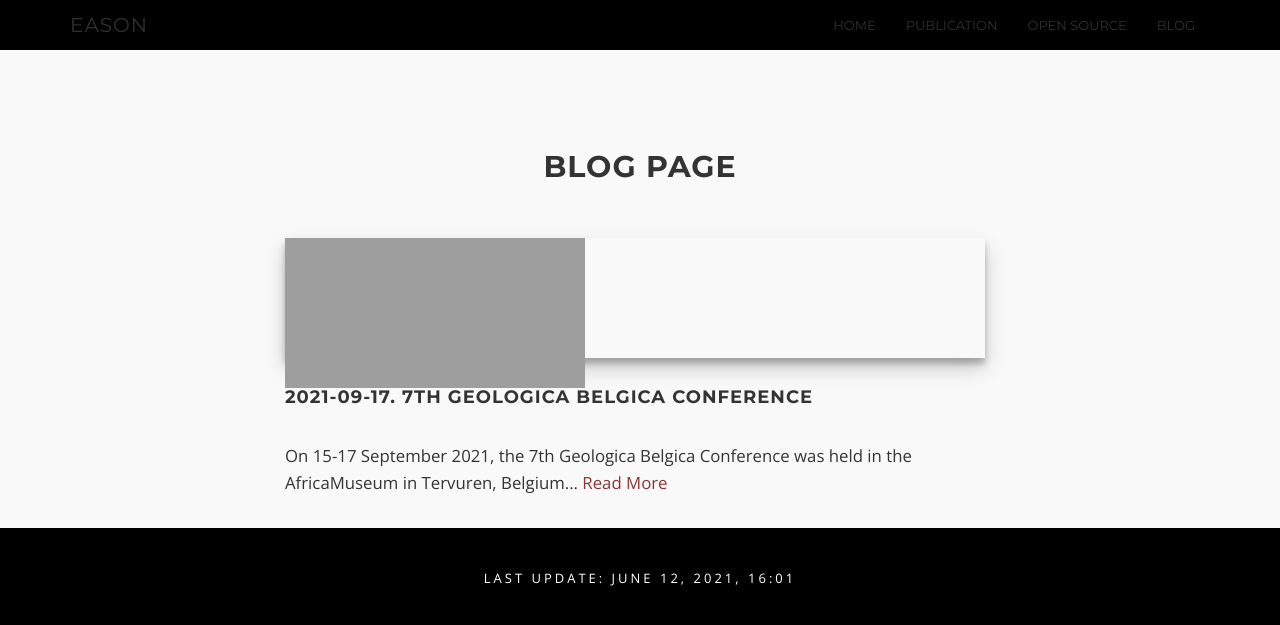
Repository: eazzzon/eazzzon.github.io
Page: blog.html
The author's editor kept a copy of each file at every save. The page is drawn from the files as they stood at one save, then again after the next save.
The browser window is 1280 px wide. The pictures show the whole page.
Pictures or frames that could not be fetched are drawn as grey boxes.

Above is the page before, as saved 2021-09-18 00:01:30.

### blog.html
<!DOCTYPE html>
<html lang="en">
<head>
<meta charset="utf-8">
<meta http-equiv="X-UA-Compatible" content="IE=edge">
<meta name="viewport" content="width=device-width, initial-scale=1">
<meta name="description" content="">
<meta name="author" content="">
<title>yishen.zhang</title>
<!-- Bootstrap Core CSS -->
<link href="css/bootstrap.min.css" rel="stylesheet">
<!-- Custom CSS -->
<link href="css/theme.css" rel="stylesheet">
<!-- Custom Fonts -->
<link href="font-awesome/css/font-awesome.min.css" rel="stylesheet" type="text/css">
<link href="http://fonts.googleapis.com/css?family=Open+Sans:300,400,700,400italic,700italic" rel="stylesheet" type="text/css">
<link href="http://fonts.googleapis.com/css?family=Montserrat:400,700" rel="stylesheet" type="text/css">
<!-- HTML5 Shim and Respond.js IE8 support of HTML5 elements and media queries -->
<!-- WARNING: Respond.js doesn't work if you view the page via file:// -->
<!--[if lt IE 9]>
        <script src="https://oss.maxcdn.com/libs/html5shiv/3.7.0/html5shiv.js"></script>
        <script src="https://oss.maxcdn.com/libs/respond.js/1.4.2/respond.min.js"></script>
    <![endif]-->
</head>
<body id="page-top" data-spy="scroll" data-target=".navbar-fixed-top">
<!-- Navigation -->
<nav class="navbar navbar-custom navbar-fixed-top" role="navigation">
<div class="container">
	<div class="navbar-header">
		<button type="button" class="navbar-toggle" data-toggle="collapse" data-target=".navbar-main-collapse">
		<i class="fa fa-bars"></i>
		</button>
		<a class="navbar-brand page-scroll" href="index.html" style="color: #303030;">
		EASON </a>
	</div>
	<!-- Collect the nav links, forms, and other content for toggling -->
	<div class="collapse navbar-collapse navbar-right navbar-main-collapse">
		<ul class="nav navbar-nav" style="color: #303030;">
			<li>
			<a href="index.html">Home</a>
			</li>
			<li>
			<a href="publication.html">publication</a>
			</li>
			<li>
			<a href="opensource.html">open source</a>
			</li>
			<li>
			<a href="blog.html">blog</a>
			</li>
		</ul>
	</div>
	<!-- /.navbar-collapse -->
</div>
<!-- /.container -->
</nav>

<!-- Page Sample Section -->
<section id="page-sample">


<div class="container content-section text-left">
	<div class='container'>
		<div class="row">
			<h2 class="text-center">BLOG PAGE</h2>
			<div class="col-lg-8 col-lg-offset-2">
				<div class="post-box">
					<img class="box-img" src="https://geologicabelgica2021.africamuseum.be/sites/default/files/media/images/Logo%20Geologica%20Belgica.png" alt="lower crust foundering" />
					<div class="box-text">
						<a href="post20210917.html">
							<h4>2021-09-17. 7th Geologica Belgica Conference </h4>
						</a>
						<p style="font-size:120%;">On 15-17 September 2021, the 7th Geologica Belgica Conference was held in the AfricaMuseum in Tervuren, Belgium... <a href="post20210917.html" style="color:rgb(141, 53, 53);">Read More</a></p>
					</div>
				</div>
				</div>

			</div>
		</div>
	</div>
</div>
</section>




<!-- Footer -->
<footer>
<div class="container text-center">
	<p class="credits">
		last update: June 12, 2021, 16:01
	</p>
</div>
</footer>
<!-- jQuery -->
<script src="js/jquery.js"></script>
<!-- Bootstrap Core JavaScript -->
<script src="js/bootstrap.min.js"></script>
<!-- Plugin JavaScript -->
<script src="js/jquery.easing.min.js"></script>
<!-- Custom Theme JavaScript -->
<script src="js/theme.js"></script>
</body>
</html>

### css/theme.css
/* Aries v1.0 - by WowThemes.net */
body {
	width:100%;
	height:100%;
	font-family:Open Sans,"Helvetica Neue",Helvetica,Arial,sans-serif;
	color:#fff;
	background-color:#000;
	 font-weight:300;
}
html {
	width:100%;
	height:100%;
}
h1,h2,h3,h4,h5,h6 {
	margin:0 0 35px;
	text-transform:uppercase;
	font-family:Montserrat,"Helvetica Neue",Helvetica,Arial,sans-serif;
	font-weight:700;
	letter-spacing:1px;
}
p {
	margin:0 0 25px;
	font-size:18px;
	line-height:1.5;
}
@media(min-width:768px) {
	p {
		margin:0 0 35px;
		font-size:20px;
		line-height:1.6;
	}
}
a {
	color:inherit;
	-webkit-transition:all .2s ease-in-out;
	-moz-transition:all .2s ease-in-out;
	transition:all .2s ease-in-out;
}
a:hover,a:focus {
	text-decoration:none;
	color:inherit;
}
.light {
	font-weight:400;
}
.navbar-custom {
	margin-bottom:0;
	border-bottom:1px solid rgba(255,255,255,.3);
	text-transform:uppercase;
	font-family:Montserrat,"Helvetica Neue",Helvetica,Arial,sans-serif;
	background-color:#000;
}
.navbar-custom .navbar-brand {
	font-size:20px;
	text-transform:none;
	letter-spacing:1px;
}
.navbar-custom .navbar-brand:focus {
	outline:0;
}
.navbar-custom .navbar-brand .navbar-toggle {
	padding:4px 6px;
	font-size:16px;
	color:#fff;
}
.navbar-custom .navbar-brand .navbar-toggle:focus,.navbar-custom .navbar-brand .navbar-toggle:active {
	outline:0;
}
.navbar-custom a {
}
.navbar-custom .nav li a {
	-webkit-transition:background .3s ease-in-out;
	-moz-transition:background .3s ease-in-out;
	transition:background .3s ease-in-out;
}
.navbar-custom .nav li a:hover {
	outline:0;
	color:#1ba39c;
	background-color:transparent;
}
.navbar-custom .nav li a:focus,.navbar-custom .nav li a:active {
	outline:0;
	background-color:transparent;
}
.navbar-custom .nav li.active {
	outline:0;
}
.navbar-custom .nav li.active a {
	color:#1ba39c;
}
.navbar-custom .nav li.active a:hover {
	color:#1ba39c;
}
@media(min-width:768px) {
	.navbar-custom {
		padding:20px 0;
		border-bottom:0;
		font-size:13px;
		background:0 0;
		-webkit-transition:background .5s ease-in-out,padding .5s ease-in-out;
		-moz-transition:background .5s ease-in-out,padding .5s ease-in-out;
		transition:background .5s ease-in-out,padding .5s ease-in-out;
	}
		 .navbar-custom.top-nav-collapse {
		 padding:0;
		border-bottom:1px solid rgba(255,255,255,.3);
		color:#333;
			background:#fff;
	}
	.navbar-custom.top-nav-collapse a {
		color:#333;
		display:inline-block;
	}
}
.intro {
	display:table;
	width:100%;
	height:auto;
	padding:100px 0 100px 0;
	text-align:center;
	color:#fff;
	background-image:radial-gradient(circle at 50% 50%,rgba(95, 94, 94, 0.46),rgba(56, 56, 56, 0.88)), url('labelled.png');
	-webkit-background-size:cover;
	-moz-background-size:cover;
	background-size:cover;
	-o-background-size:cover;
}
.intro .intro-body {
	display:table-cell;
	vertical-align:middle;
}
.intro .intro-body .brand-heading {
	font-size:40px;
}
.intro .intro-body .intro-text {
	font-size:18px;
}
@media(min-width:768px) {
	.intro {
		height:100%;
		padding:0;
	}
	.intro .intro-body .brand-heading {
		font-size:60px;
		margin-top:90px;
		margin-bottom:20px;
		border-top:2px solid #fff;
		border-bottom:2px solid #fff;
		display:inline-block;
		padding:10px 0;
	}
	.intro .intro-body .intro-text {
		font-size:20px;
			font-weight:300;
			letter-spacing:3px;
	}
}
.btn-circle {
	width:50px;
	height:50px;
	margin-top:15px;
	line-height:40px;
	text-align:center;
	border:2px solid #fff;
	border-radius:100%!important;
	font-size:20px;
	color:#fff;
	background:0 0;
	-webkit-transition:background .3s ease-in-out;
	-moz-transition:background .3s ease-in-out;
	transition:background .3s ease-in-out;
}
.btn-circle:hover,.btn-circle:focus {
	outline:0;
	color:#fff;
	background:rgba(255,255,255,.1);
}
.btn-circle i.animated {
	-webkit-transition-property:-webkit-transform;
	-webkit-transition-duration:1s;
	-moz-transition-property:-moz-transform;
	-moz-transition-duration:1s;
}
.btn-circle:hover i.animated {
	-webkit-animation-name:pulse;
	-moz-animation-name:pulse;
	-webkit-animation-duration:1.5s;
	-moz-animation-duration:1.5s;
	-webkit-animation-iteration-count:infinite;
	-moz-animation-iteration-count:infinite;
	-webkit-animation-timing-function:linear;
	-moz-animation-timing-function:linear;
}
@-webkit-keyframes pulse {
	0% {
		-webkit-transform:scale(1);
		transform:scale(1);
	}
	50% {
		-webkit-transform:scale(1.2);
		transform:scale(1.2);
	}
	100% {
		-webkit-transform:scale(1);
		transform:scale(1);
	}
}
@-moz-keyframes pulse {
	0% {
		-moz-transform:scale(1);
		transform:scale(1);
	}
	50% {
		-moz-transform:scale(1.2);
		transform:scale(1.2);
	}
	100% {
		-moz-transform:scale(1);
		transform:scale(1);
	}
}
.content-section {
	padding:40px 0;
	clear:both;
}
@media(min-width:767px) {
	.content-section {
		padding:150px 0;
			 clear:both;
	}
}
.btn {
	border-radius:0;
	text-transform:uppercase;
	font-family:Montserrat,"Helvetica Neue",Helvetica,Arial,sans-serif;
	font-weight:400;
	-webkit-transition:all .3s ease-in-out;
	-moz-transition:all .3s ease-in-out;
	transition:all .3s ease-in-out;
}
.btn-default {
	border:1px solid #42dca3;
	color:#42dca3;
	background-color:transparent;
}
.btn-default:hover,.btn-default:focus {
	border:1px solid #42dca3;
	outline:0;
	color:#000;
	background-color:#42dca3;
}
ul.banner-social-buttons {
	margin-top:0;
}
@media(max-width:1199px) {
	ul.banner-social-buttons {
		margin-top:15px;
	}
}
@media(max-width:767px) {
	ul.banner-social-buttons li {
		display:block;
		margin-bottom:20px;
		padding:0;
	}
	ul.banner-social-buttons li:last-child {
		margin-bottom:0;
	}
}
footer {
	padding:40px 0;
	z-index:1;
	position:relative;
	clear:both;
}
footer p {
	margin:0;
	font-size:15px;
}
footer p.credits {
	text-transform:uppercase;
	font-size:13px;
	letter-spacing:3px;
}
::-moz-selection {
	text-shadow:none;
	background:#fcfcfc;
	background:rgba(255,255,255,.2);
}
::selection {
	text-shadow:none;
	background:#fcfcfc;
	background:rgba(255,255,255,.2);
}
img::selection {
	background:0 0;
}
img::-moz-selection {
	background:0 0;
}
body {
	webkit-tap-highlight-color:rgba(255,255,255,.2);
}
.bgblue {
	background:#22292c;
}
.inlineblock {
	display:inline-block;
}
p:last-child {
	margin-bottom:0;
}
p.lead {
	line-height:1.9;
}
.btnghost {
	border:2px solid #333;
	background-color:transparent;
	padding:15px 20px;
	letter-spacing:3px;
	font-size:12px;
	text-transform:uppercase;
	font-weight:400;
	color:#333;
	margin-top:20px;
	display:inline-block;
}
.btnghost:hover {
	background-color:#333;
	color:#fff;
	border:2px solid #333;
}
.bgcover {
	background-size:cover;
	background-repeat:no-repeat;
	position:relative;
}
img {
	max-width:100%;
}
.gallery ul {
	padding:0;
	margin:0;
}
.gallery img {
	max-width:100%;
	height:auto;
	padding:0;
	margin:0;
}
.gallery ul li {
	margin:0;
	position:relative;
	list-style:none;
	float:left;
	padding:0;
}
.gallery ul li a {
	display:block;
	position:relative;
	width:100%;
	height:100%;
	margin:0;
	padding:0;
	line-height:0;
}
.gallery ul li a:before {
	position:absolute;
	width:32px;
	height:32px;
	top:40%;
	left:50%;
	margin:-14px 0 0 -16px;
	/* background: url(data:[embedded picture, 2228 characters]) no-repeat; */
	content:"";
	opacity:0;
	z-index:1;
	-webkit-transition:all 0.3s linear;
	-moz-transition:all 0.3s linear;
	transition:all 0.3s linear;
}
.gallery ul li a:hover:before {
	top:50%;
	opacity:1;
}
.gallery ul li a:after {
	position:absolute;
	width:100%;
	top:0;
	bottom:0;
	background:rgba(0,0,0,0.3);
	content:"";
	opacity:0;
	-webkit-transition:all 0.3s linear;
	-moz-transition:all 0.3s linear;
	transition:all 0.3s linear;
}
.gallery ul li a:hover:after {
	opacity:1;
}
section:after {
	float:none;
	clear:both;
}
section {
	background-color:#f9f9f9;
	color:#333;
	overflow:hidden;
}
.done {
	display:none;
}
.error input,input.error,.error textarea,textarea.error {
	background-color:#ffffff;
	border-bottom:2px solid orangered !Important;
	-webkit-transition:border linear 0.2s,box-shadow linear 0.2s;
	-moz-transition:border linear 0.2s,box-shadow linear 0.2s;
	-o-transition:border linear 0.2s,box-shadow linear 0.2s;
	transition:border linear 0.2s,box-shadow linear 0.2s;
}

/* post-box style */
.post-box {
	width: 700px;
	height: 120px;
	margin: 20px;
	box-shadow: 0 10px 20px rgba(0, 0, 0, 0.19), 0 6px 6px rgba(0, 0, 0, 0.23);
  }

  .box-img {
	width: 300px;
	height: 150px;
	padding: 0px;
	margin: 0px;
  }

  .h1 {
	font-size: 19px;
	padding: 10px;
  }

  .p {
	padding: 0px;
	margin: 0px;
	position: relative;
	bottom: 15px;
	left: 10px;
  }

  .p2 {
	padding: 0px;
	margin: 0px;
	font-size: 15px;
	position: relative;
	left: 25px;
  }

### js/theme.js
// jQuery to collapse the navbar on scroll
$(window).scroll(function() {
    if ($(".navbar").offset().top > 50) {
        $(".navbar-fixed-top").addClass("top-nav-collapse");
    } else {
        $(".navbar-fixed-top").removeClass("top-nav-collapse");
    }
});

// jQuery for page scrolling feature - requires jQuery Easing plugin
$(function() {
    $('a.page-scroll').bind('click', function(event) {
        var $anchor = $(this);
        $('html, body').stop().animate({
            scrollTop: $($anchor.attr('href')).offset().top
        }, 1500, 'easeInOutExpo');
        event.preventDefault();
    });
});

// Closes the Responsive Menu on Menu Item Click
$('.navbar-collapse ul li a').click(function() {
    $('.navbar-toggle:visible').click();
});

Loaded but not shown: css/bootstrap.min.css (library); font-awesome/css/font-awesome.min.css (library); js/jquery.js (library); js/bootstrap.min.js (library); js/jquery.easing.min.js (library)

After the next save:
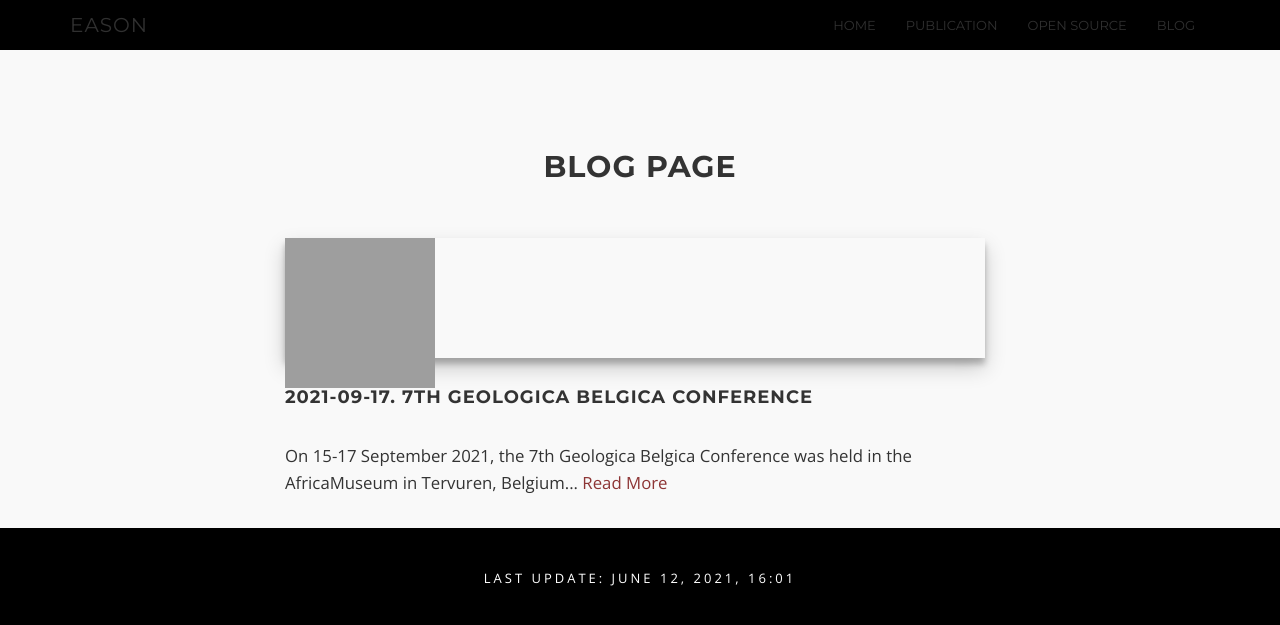
Saved 17 s later.
--- a/css/theme.css
+++ b/css/theme.css
@@ -428,7 +428,7 @@ section {
   }
 
   .box-img {
-	width: 300px;
+	width: 150px;
 	height: 150px;
 	padding: 0px;
 	margin: 0px;
